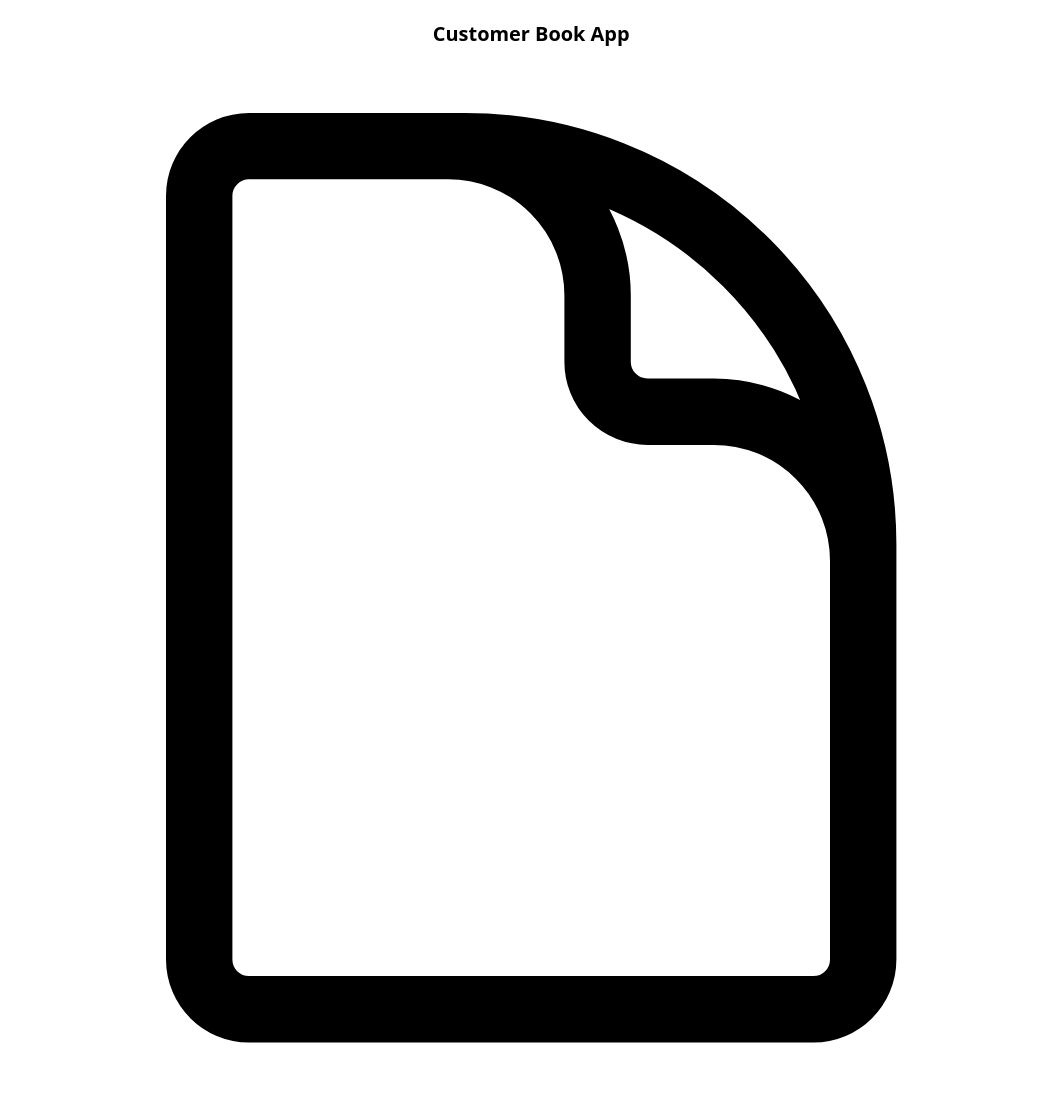
Repository: higirobruce/customerbookapp
Page: /
These files come from the project's save history. The page is drawn as it stood at one moment and after the next save; the edit follows.
The browser window is 1280 px wide. The pictures show the whole page, at 83% of full size.
The project was rebuilt for these pictures with package versions that can differ from the ones it lists, and the page was loaded fresh each time. A package was used in the major version that the imports need, not the one package.json lists. The framework's server and built-in components were replaced by stand-ins that run in the browser. Also part of the build but not shown: next.config.js, components/layout/sidebar.js.

Above is the page before, as saved 2022-11-24 16:27:00.

After the next save:
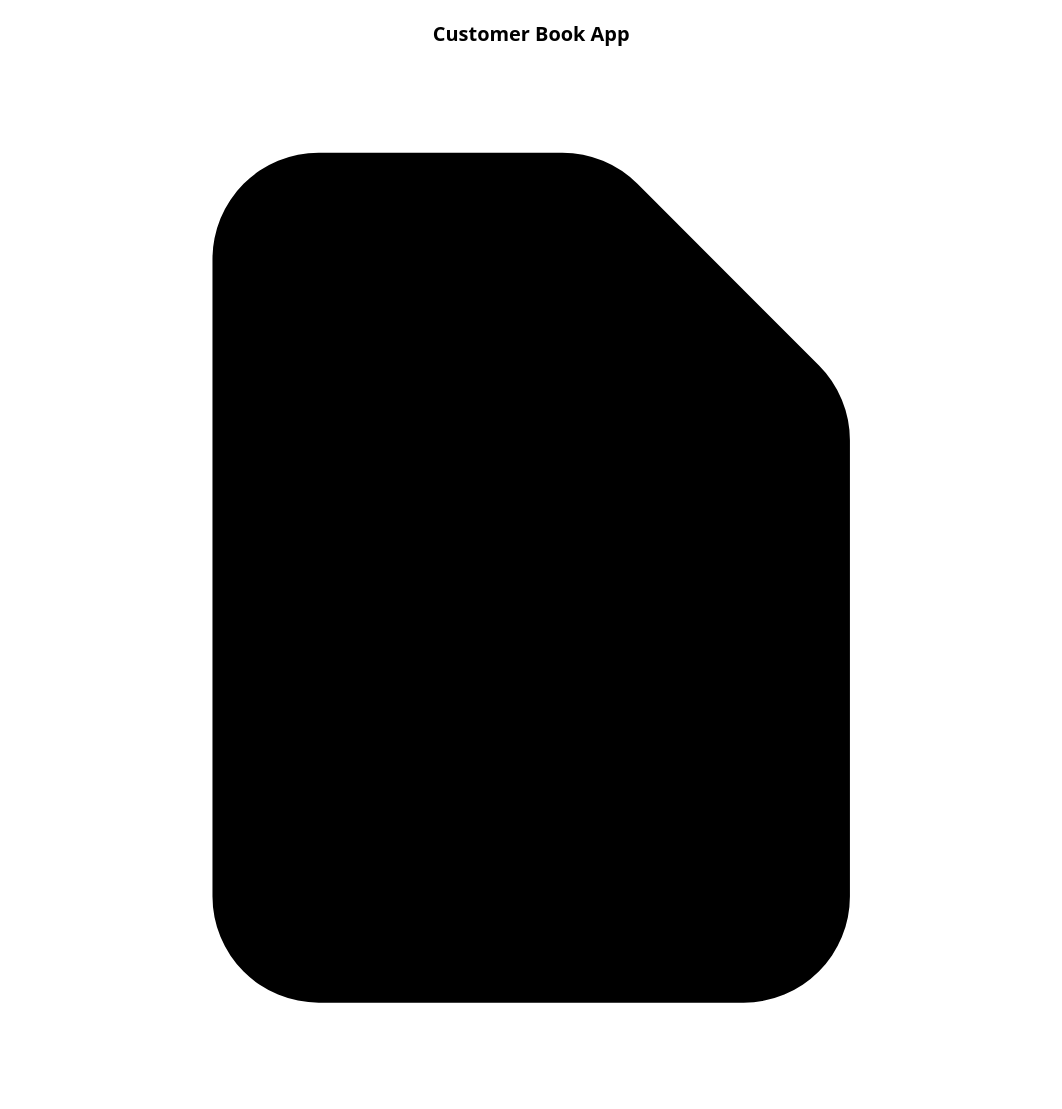
Saved 8 s later.
--- a/components/layout/mainScreen.js
+++ b/components/layout/mainScreen.js
@@ -1,7 +1,7 @@
 import React from "react";
 import {
   DocumentIcon
-} from '@heroicons/react/24/outline'
+} from '@heroicons/react/solid'
 
 
 export default function MainScreen() {
